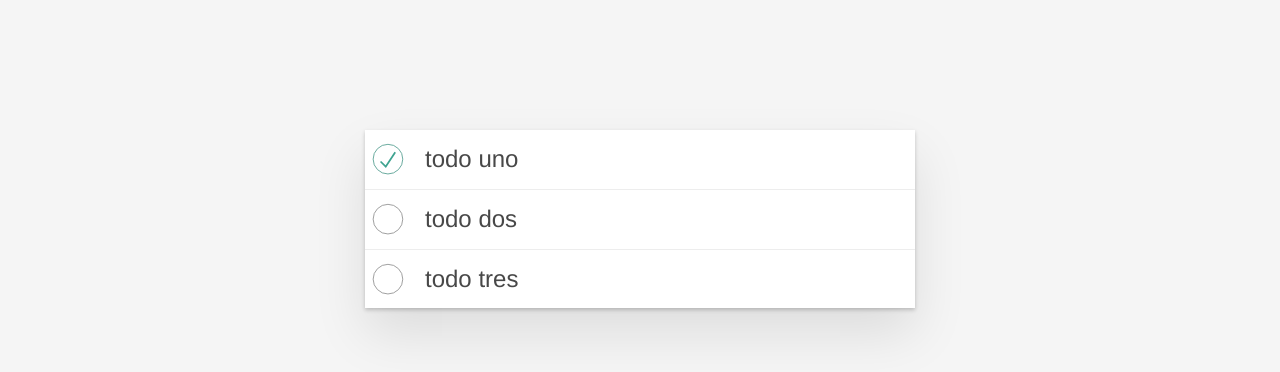
Repository: drsamame/todo-typescript
Page: /
An editor plug-in stored every save of this project. The page is shown before and after the next save, followed by the edit.
The browser window is 1280 px wide. The pictures show the whole page.
The project was rebuilt for these pictures with package versions that can differ from the ones it lists, and the page was loaded fresh each time. Also part of the build but not shown: vite.config.ts.

Above is the page before, as saved 2024-02-26 18:46:17.

### src/App.tsx
import { useState } from 'react'
import { Todos } from './Components/Todos'
import { type TodoId, Todo as TodoType } from './types'

const mockTODOS = [
  {
    id: 1,
    title: 'todo uno',
    completed: true
  },
  {
    id: 2,
    title: 'todo dos',
    completed: false
  },
  {
    id: 3,
    title: 'todo tres',
    completed: false
  }
]

const App = (): JSX.Element => {
  const [todos, setTodos] = useState(mockTODOS)
  const removeTodo = (id: TodoId): void => {
    const newTodos = todos.filter((todo) => todo.id !== id)
    setTodos(newTodos)
  }

  const handleCompleted = ({
    id,
    completed
  }: Pick<TodoType, 'id' | 'completed'>): void => {
    const newTodos = todos.map((el) => {
      if (el.id === id) {
        return {
          ...el,
          completed
        }
      }
      return todos
    })
    console.log(newTodos)
    setTodos(newTodos)
  }
  return (
    <>
      <div className='todoapp'>
        <Todos list={todos} removeTodo={removeTodo} onToggleCompleteTodo={handleCompleted} />
      </div>
    </>
  )
}

export default App

### src/index.css
@charset 'utf-8';

html,
body {
	margin: 0;
	padding: 0;
}

button {
	margin: 0;
	padding: 0;
	border: 0;
	background: none;
	font-size: 100%;
	vertical-align: baseline;
	font-family: inherit;
	font-weight: inherit;
	color: inherit;
	-webkit-appearance: none;
	appearance: none;
	-webkit-font-smoothing: antialiased;
	-moz-osx-font-smoothing: grayscale;
}

body {
	font: 14px 'Helvetica Neue', Helvetica, Arial, sans-serif;
	line-height: 1.4em;
	background: #f5f5f5;
	color: #111111;
	min-width: 230px;
	max-width: 550px;
	margin: 0 auto;
	-webkit-font-smoothing: antialiased;
	-moz-osx-font-smoothing: grayscale;
	font-weight: 300;
}

.hidden {
	display: none;
}

.todoapp {
	background: #fff;
	margin: 130px 0 40px 0;
	position: relative;
	box-shadow: 0 2px 4px 0 rgba(0, 0, 0, 0.2),
	            0 25px 50px 0 rgba(0, 0, 0, 0.1);
}

.todoapp input::-webkit-input-placeholder {
	font-style: italic;
	font-weight: 400;
	color: rgba(0, 0, 0, 0.4);
}

.todoapp input::-moz-placeholder {
	font-style: italic;
	font-weight: 400;
	color: rgba(0, 0, 0, 0.4);
}

.todoapp input::input-placeholder {
	font-style: italic;
	font-weight: 400;
	color: rgba(0, 0, 0, 0.4);
}

.todoapp h1 {
	position: absolute;
	top: -140px;
	width: 100%;
	font-size: 80px;
	font-weight: 200;
	text-align: center;
	color: #b83f45;
	-webkit-text-rendering: optimizeLegibility;
	-moz-text-rendering: optimizeLegibility;
	text-rendering: optimizeLegibility;
}

.new-todo,
.edit {
	position: relative;
	margin: 0;
	width: 100%;
	font-size: 24px;
	font-family: inherit;
	font-weight: inherit;
	line-height: 1.4em;
	color: inherit;
	padding: 6px;
	border: 1px solid #999;
	box-shadow: inset 0 -1px 5px 0 rgba(0, 0, 0, 0.2);
	box-sizing: border-box;
	-webkit-font-smoothing: antialiased;
	-moz-osx-font-smoothing: grayscale;
}

.new-todo {
	padding: 16px 16px 16px 60px;
	height: 65px;
	border: none;
	background: rgba(0, 0, 0, 0.003);
	box-shadow: inset 0 -2px 1px rgba(0,0,0,0.03);
}

.main {
	position: relative;
	z-index: 2;
	border-top: 1px solid #e6e6e6;
}

.toggle-all {
	width: 1px;
	height: 1px;
	border: none; /* Mobile Safari */
	opacity: 0;
	position: absolute;
	right: 100%;
	bottom: 100%;
}

.toggle-all + label {
	display: flex;
	align-items: center;
	justify-content: center;
	width: 45px;
	height: 65px;
	font-size: 0;
	position: absolute;
	top: -65px;
	left: -0;
}

.toggle-all + label:before {
	content: '❯';
	display: inline-block;
	font-size: 22px;
	color: #949494;
	padding: 10px 27px 10px 27px;
	-webkit-transform: rotate(90deg);
	transform: rotate(90deg);
}

.toggle-all:checked + label:before {
	color: #484848;
}

.todo-list {
	margin: 0;
	padding: 0;
	list-style: none;
}

.todo-list li {
	position: relative;
	font-size: 24px;
	border-bottom: 1px solid #ededed;
}

.todo-list li:last-child {
	border-bottom: none;
}

.todo-list li.editing {
	border-bottom: none;
	padding: 0;
}

.todo-list li.editing .edit {
	display: block;
	width: calc(100% - 43px);
	padding: 12px 16px;
	margin: 0 0 0 43px;
}

.todo-list li.editing .view {
	display: none;
}

.todo-list li .toggle {
	text-align: center;
	width: 40px;
	/* auto, since non-WebKit browsers doesn't support input styling */
	height: auto;
	position: absolute;
	top: 0;
	bottom: 0;
	margin: auto 0;
	border: none; /* Mobile Safari */
	-webkit-appearance: none;
	appearance: none;
}

.todo-list li .toggle {
	opacity: 0;
}

.todo-list li .toggle + label {
	/*
		Firefox requires `#` to be escaped - https://bugzilla.mozilla.org/show_bug.cgi?id=922433
		IE and Edge requires *everything* to be escaped to render, so we do that instead of just the `#` - https://developer.microsoft.com/en-us/microsoft-edge/platform/issues/7157459/
	*/
	background-image: url('data:[embedded picture, 299 characters]');
	background-repeat: no-repeat;
	background-position: center left;
}

.todo-list li .toggle:checked + label {
	background-image: url('data:[embedded picture, 414 characters]');
}

.todo-list li label {
	overflow-wrap: break-word;
	padding: 15px 15px 15px 60px;
	display: block;
	line-height: 1.2;
	transition: color 0.4s;
	font-weight: 400;
	color: #484848;
}

.todo-list li.completed label {
	color: #949494;
	text-decoration: line-through;
}

.todo-list li .destroy {
	display: none;
	position: absolute;
	top: 0;
	right: 10px;
	bottom: 0;
	width: 40px;
	height: 40px;
	margin: auto 0;
	font-size: 30px;
	color: #949494;
	transition: color 0.2s ease-out;
}

.todo-list li .destroy:hover,
.todo-list li .destroy:focus {
	color: #C18585;
}

.todo-list li .destroy:after {
	content: '×';
	display: block;
	height: 100%;
	line-height: 1.1;
}

.todo-list li:hover .destroy {
	display: block;
}

.todo-list li .edit {
	display: none;
}

.todo-list li.editing:last-child {
	margin-bottom: -1px;
}

.footer {
	padding: 10px 15px;
	height: 20px;
	text-align: center;
	font-size: 15px;
	border-top: 1px solid #e6e6e6;
}

.footer:before {
	content: '';
	position: absolute;
	right: 0;
	bottom: 0;
	left: 0;
	height: 50px;
	overflow: hidden;
	box-shadow: 0 1px 1px rgba(0, 0, 0, 0.2),
	            0 8px 0 -3px #f6f6f6,
	            0 9px 1px -3px rgba(0, 0, 0, 0.2),
	            0 16px 0 -6px #f6f6f6,
	            0 17px 2px -6px rgba(0, 0, 0, 0.2);
}

.todo-count {
	float: left;
	text-align: left;
}

.todo-count strong {
	font-weight: 300;
}

.filters {
	margin: 0;
	padding: 0;
	list-style: none;
	position: absolute;
	right: 0;
	left: 0;
}

.filters li {
	display: inline;
}

.filters li a {
	color: inherit;
	margin: 3px;
	padding: 3px 7px;
	text-decoration: none;
	border: 1px solid transparent;
	border-radius: 3px;
}

.filters li a:hover {
	border-color: #DB7676;
}

.filters li a.selected {
	border-color: #CE4646;
}

.clear-completed,
html .clear-completed:active {
	float: right;
	position: relative;
	line-height: 19px;
	text-decoration: none;
	cursor: pointer;
}

.clear-completed:hover {
	text-decoration: underline;
}

.info {
	margin: 65px auto 0;
	color: #4d4d4d;
	font-size: 11px;
	text-shadow: 0 1px 0 rgba(255, 255, 255, 0.5);
	text-align: center;
}

.info p {
	line-height: 1;
}

.info a {
	color: inherit;
	text-decoration: none;
	font-weight: 400;
}

.info a:hover {
	text-decoration: underline;
}

/*
	Hack to remove background from Mobile Safari.
	Can't use it globally since it destroys checkboxes in Firefox
*/
@media screen and (-webkit-min-device-pixel-ratio:0) {
	.toggle-all,
	.todo-list li .toggle {
		background: none;
	}

	.todo-list li .toggle {
		height: 40px;
	}
}

@media (max-width: 430px) {
	.footer {
		height: 50px;
	}

	.filters {
		bottom: 10px;
	}
}

:focus,
.toggle:focus + label,
.toggle-all:focus + label {
	box-shadow: 0 0 2px 2px #CF7D7D;
	outline: 0;
}

### src/Components/Todos.tsx
import { Todo } from './Todo'
import { type TodoList, type TodoId, type Todo as TodoType } from '../types'

interface Props {
  list: TodoList
  onToggleCompleteTodo: ({ id, completed }: Pick<TodoType, 'id' | 'completed'>) => void
  removeTodo: (id: TodoId) => void
}

export const Todos: React.FC<Props> = ({ list, removeTodo, onToggleCompleteTodo }) => {
  return (
    <ul className='todo-list'>
      {list.map((todo) => {
        return (
          <li key={todo.id}>
            <Todo
              title={todo.title}
              id={todo.id}
              completed={todo.completed}
              removeTodo={() => removeTodo(todo.id)}
            />
          </li>
        )
      })}
    </ul>
  )
}

### src/Components/Todo.tsx
import { type Todo as TodoType } from '../types'

interface Props extends TodoType {
  removeTodo: () => void
}

export const Todo: React.FC<Props> = ({ id, title, completed, removeTodo }) => {
  return (
    <div className='view'>
      <input className='toggle' type='checkbox' checked={completed} />
      <label>{title}</label>
      <button className='destroy' onClick={removeTodo}></button>
    </div>
  )
}

Loaded but not shown: index.html (common file); src/main.tsx (common file)

After the next save:
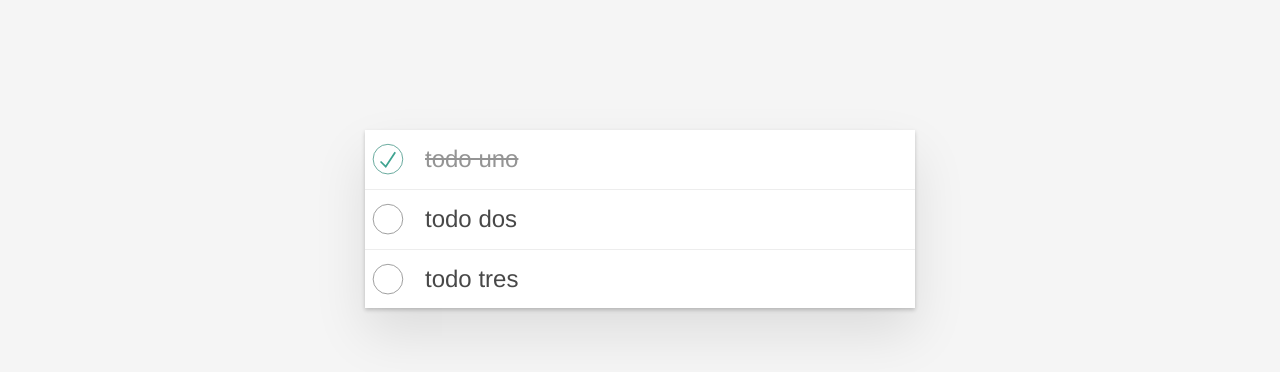
Saved 92 s later.
--- a/src/Components/Todos.tsx
+++ b/src/Components/Todos.tsx
@@ -3,21 +3,29 @@ import { type TodoList, type TodoId, type Todo as TodoType } from '../types'
 
 interface Props {
   list: TodoList
-  onToggleCompleteTodo: ({ id, completed }: Pick<TodoType, 'id' | 'completed'>) => void
+  onToggleCompleteTodo: ({
+    id,
+    completed
+  }: Pick<TodoType, 'id' | 'completed'>) => void
   removeTodo: (id: TodoId) => void
 }
 
-export const Todos: React.FC<Props> = ({ list, removeTodo, onToggleCompleteTodo }) => {
+export const Todos: React.FC<Props> = ({
+  list,
+  removeTodo,
+  onToggleCompleteTodo
+}) => {
   return (
     <ul className='todo-list'>
       {list.map((todo) => {
         return (
-          <li key={todo.id}>
+          <li key={todo.id} className={`${todo.completed ? ' completed' : ''}`}>
             <Todo
               title={todo.title}
               id={todo.id}
               completed={todo.completed}
               removeTodo={() => removeTodo(todo.id)}
+              onToggleCompleteTodo
             />
           </li>
         )
